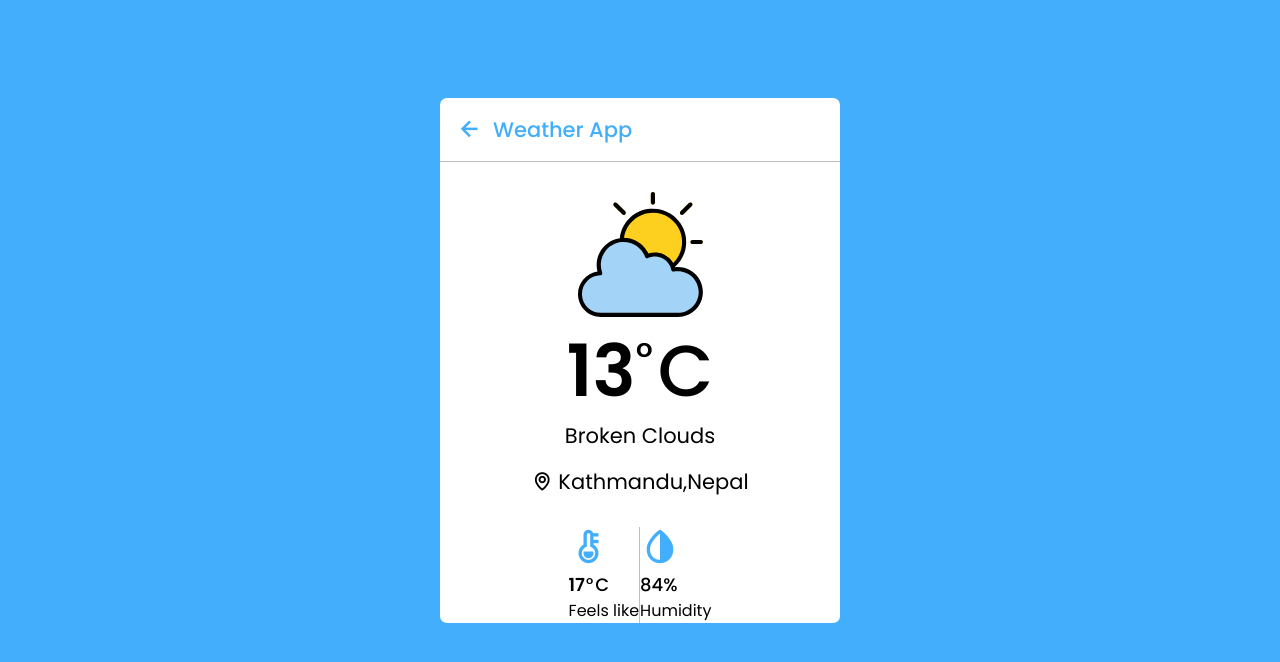
Repository: long13820/Weather-App-HTML-CSS-Javascript
Page: index.html
These files come from the project's save history. The page is drawn as it stood at one moment and after a run of saves; the edit follows.
The browser window is 1280 px wide. The pictures show the whole page.

Above is the page before, as saved 2021-09-02 11:33:53.

### index.html
<!DOCTYPE html>
<html lang="en">
<head>
    <meta charset="UTF-8">
    <meta http-equiv="X-UA-Compatible" content="IE=edge">
    <meta name="viewport" content="width=device-width, initial-scale=1.0">
    <title>Weather App</title>
    <link rel="stylesheet" href="style.css">

    <!--Linking Boxicon For Icon-->
    <link rel="stylesheet" href='https://unpkg.com/boxicons@2.0.9/css/boxicons.min.css' >


</head>
<body>
    <div class="wrapper">
        <header>
            <i class="bx bx-left-arrow-alt"></i>
            Weather App
        </header>
        <section class="input-part">
            <p class="info-txt pending">Please enter a valid city name</p>
            <input type="text" placeholder="Enter city name" spellcheck="false" required>
            <div class="separator"></div>
            <button>Get Device Location</button>
        </section>
        <section class="weather-part">
            <img src="/Weather Icons/cloud.svg" alt="Weather Icon">
            <div class="temp">
                <span class="numb">13</span>
                <span class="deg">°</span>C
            </div>
            <div class="weather">Broken Clouds</div>
            <div class="location">
                <i class="bx bx-map"></i>
                <span>Kathmandu,Nepal</span>
            </div>
            <div class="bottom-details">
                <div class="column feels">
                    <i class="bx bxs-thermometer"></i>
                    <div class="details">
                        <div class="temp">
                            <span class="numb">17</span>
                            <span class="deg">°</span>C
                        </div>
                        <p>Feels like</p>
                    </div>
                </div>
                <div class="column humidity">
                    <i class="bx bxs-droplet-half"></i>
                    <div class="details">
                        <span class="numb">84%</span>
                        <p>Humidity</p>
                    </div>
                </div>
            </div>
        </section>
    </div>
</body>
</html>

### style.css
/*Import Google Font - Poppins*/
@import url('https://fonts.googleapis.com/css2?family=Poppins:wght@400;500;600;700&display=swap');
*{
    margin: 0;
    padding: 0;
    box-sizing: border-box;
    font-family: 'Poppins', sans-serif;
}
body{
    display: flex;
    align-items: center;
    justify-content: center;
    min-height: 100vh;
    background: #43AFFC;
}
.wrapper{
    width: 400px;
    border-radius: 7px;
    background: white;
}
.wrapper header{
    color: #43AFFC;
    font-size: 21px;
    font-weight: 500;
    padding: 16px 15px;
    display: flex;
    align-items: center;
    border-bottom: 1px solid #bfbfbf;

}
header i{
    cursor: pointer;
    font-size: 30px;
    margin-right: 8px;
}
.wrapper .input-part{
    display: none;
    margin: 20px 25px 30px;
}
.input-part .info-txt{
    display: none;
    font-size: 17px;
    text-align: center;
    padding: 12px 7px;
    border-radius: 7px;
    margin-bottom: 15px;
}
.info-txt.error{
    display: block;
    color: #721c24;
    background: #f8d7da;
    border: 1px solid #f5c6cb;
}
.info-txt.pending{
    display: block;
    color: #0c5460;
    background: #d1ecf1;
    border: 1px solid #bee5eb;
}
.input-part :where(input, button){
    width: 100%;
    height: 55px;
    border: none;
    outline: none;
    font-size: 18px;
    border-radius: 7px;
}
.input-part input{
    text-align: center;
    border: 1px solid #bfbfbf;
}
.input-part input:is(:focus,:valid){

}
.input-part .separator{
    height: 1px;
    width: 100%;
    margin: 25px 0px;
    background: #ccc;
    display: flex;
    align-items: center;
    justify-content: center;
}
.separator::before{
    content: "or";
    background-color: white;
    font-size: 19px;
    padding: 0px 15px;
    background: #fff;
}
.input-part button{
    color: white;
    cursor: pointer;
    background: #43AFFC;
}

.wrapper .weather-part{
    margin: 30px 0 0;
    display: flex;
    align-items: center;
    justify-content: center;
    flex-direction: column;
}
.weather-part img{
    max-width: 125px;
}
.weather-part .temp{
    display: flex;
    font-size: 72px;
    font-weight: 500;
}
.weather-part .temp .numb{
    font-weight: 600;
}
.weather-part .temp .deg{
    font-size: 40px;
    margin: 10px 5px 0 0;
    display: block;
}
.weather-part .weather{
    font-size: 21px;
    text-align: center;
    margin: -5px 20px 15px;
}
.weather-part .location{
    display: flex;
    align-items: center;
    font-size: 21px;
    margin-bottom: 30px;
}
.location i{
    font-size: 22px;
    margin-right: 5px;
}
.weather-part .bottom-details{
    width: 100%;
    display: flex;
    align-items: center;
    justify-content: center;
}
.column i{
    color: #43AFFC;
    font-size: 40px;
}
.column.humidity{
    border-left: 1px solid #bfbfbf;
}
.details .temp, .humidity span{
    font-size: 18px;
    font-weight: 500;
}
.details .temp .deg{
    margin: 0;
    font-size: 17px;
    padding: 0 2px 0 1px;
}
.details p{

}

After the next 2 saves:
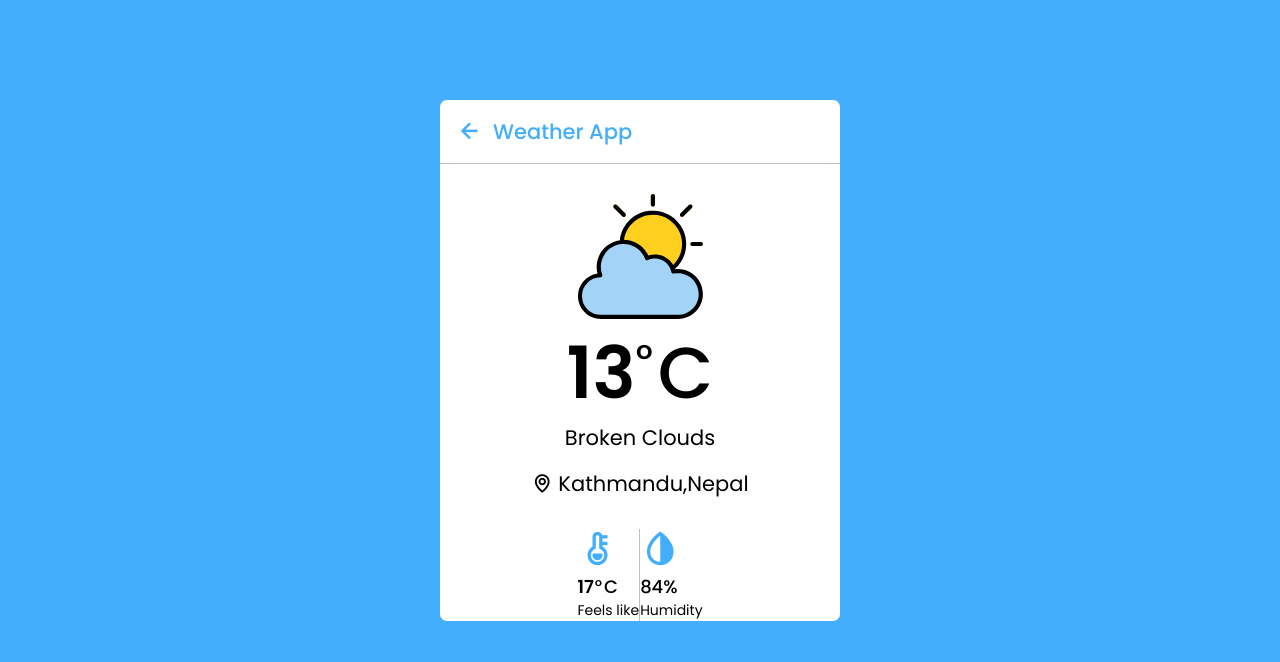
The 2 saves are shown as one change because they came seconds apart.
The last was saved 10 s later.
--- a/style.css
+++ b/style.css
@@ -155,5 +155,6 @@ header i{
     padding: 0 2px 0 1px;
 }
 .details p{
-
+    font-size: 14px;
+    ma
 }
